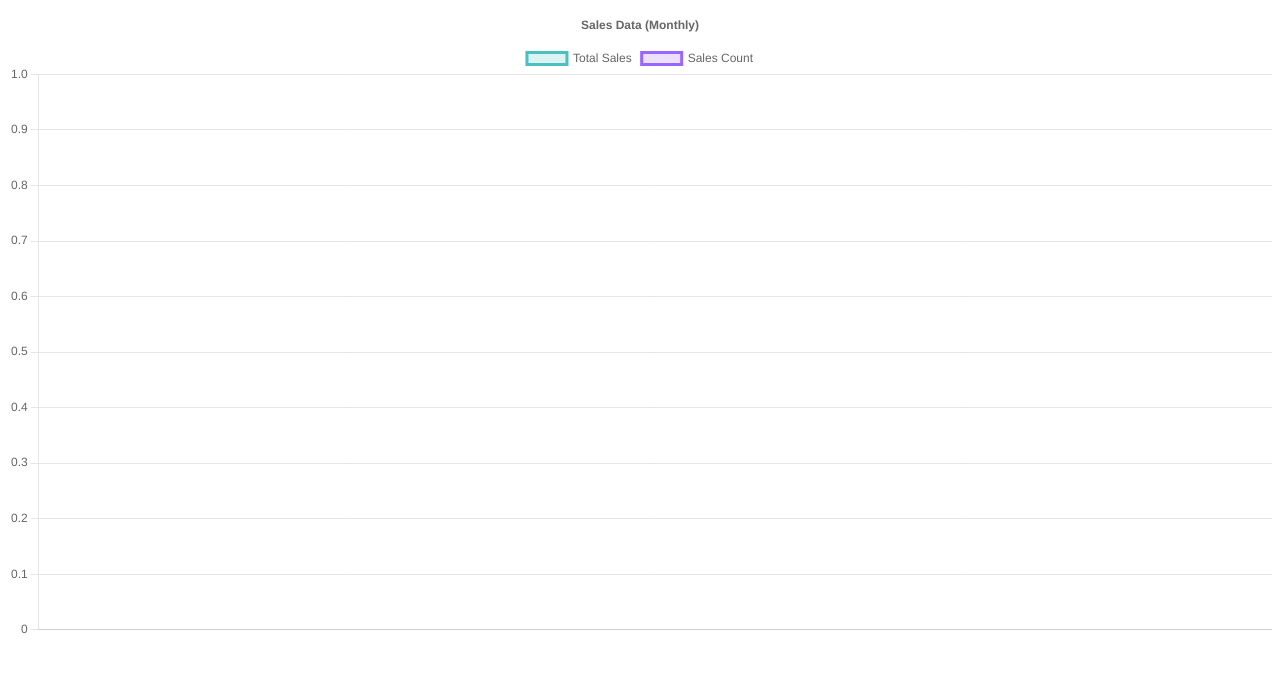
Repository: Qu4ntumGuy/visualize-it
Page: / (app in frontend/)
The author's editor kept a copy of each file at every save. The page is drawn from the files as they stood at one save, then again after the next save.
The browser window is 1280 px wide. The pictures show the whole page.
The page's requests for data from a server got no answer. The project was rebuilt for these pictures with package versions that can differ from the ones it lists, and the page was loaded fresh each time. No one was signed in, and anything a server would have sent is missing.

Above is the page before, as saved 2024-08-19 14:06:20.

### frontend/src/App.js
import axios from "axios";
import TotalSales from "./Components/TotalSales";
import { useEffect, useState } from "react";

function App() {
  const [data, setData] = useState([]);
  const [dataType, setDataType] = useState("monthly");

  const fetchSalesData = async () => {
    try {
      const response = await axios.get(
        "http://localhost:8000/api/monthlyTotalSales"
      );
      // console.log(response.data.data);
      setData(response.data.data);
    } catch (error) {
      console.error(error);
    }
  };

  useEffect(() => {
    fetchSalesData();
  }, []);

  return (
    <div className="h-screen overflow-hidden">
      <div className="flex justify-center h-screen p-2 max-w-7xl mx-auto">
        <TotalSales dataType={dataType} fetchedData={data} />
        <div></div>
      </div>
    </div>
  );
}

export default App;

### frontend/src/Components/TotalSales.js
import React from "react";
import { Line } from "react-chartjs-2";
import {
  Chart as ChartJS,
  CategoryScale,
  LinearScale,
  PointElement,
  LineElement,
  Title,
  Tooltip,
  Legend,
} from "chart.js";

// Register the necessary components with Chart.js
ChartJS.register(
  CategoryScale,
  LinearScale,
  PointElement,
  LineElement,
  Title,
  Tooltip,
  Legend
);

const TotalSales = ({ dataType, fetchedData }) => {
  console.log(dataType, fetchedData);
  const salesData = fetchedData;
  const labels = salesData.map((item) =>
    dataType === "monthly"
      ? `${item._id.month}/${item._id.year}`
      : `${item._id.quarter}/${item._id.year}`
  );

  const data = {
    labels,
    datasets: [
      {
        label: "Total Sales",
        data: salesData.map((item) => item.totalSales),
        borderColor: "rgba(75, 192, 192, 1)",
        backgroundColor: "rgba(75, 192, 192, 0.2)",
        fill: true,
        tension: 0.3,
      },
      {
        label: "Sales Count",
        data: salesData.map((item) => item.count),
        borderColor: "rgba(153, 102, 255, 1)",
        backgroundColor: "rgba(153, 102, 255, 0.2)",
        fill: true,
        tension: 0.3,
      },
    ],
  };

  const options = {
    responsive: true,
    plugins: {
      legend: {
        position: "top",
      },
      title: {
        display: true,
        text: `Sales Data (${
          dataType.charAt(0).toUpperCase() + dataType.slice(1)
        })`,
      },
    },
    scales: {
      y: {
        beginAtZero: true,
      },
    },
  };

  return <Line data={data} options={options} />;
};

export default TotalSales;

Loaded but not shown: frontend/public/index.html (common file); frontend/src/index.js (common file); frontend/src/index.css (common file); frontend/src/reportWebVitals.js (common file); frontend/tailwind.config.js (common file)

After the next save:
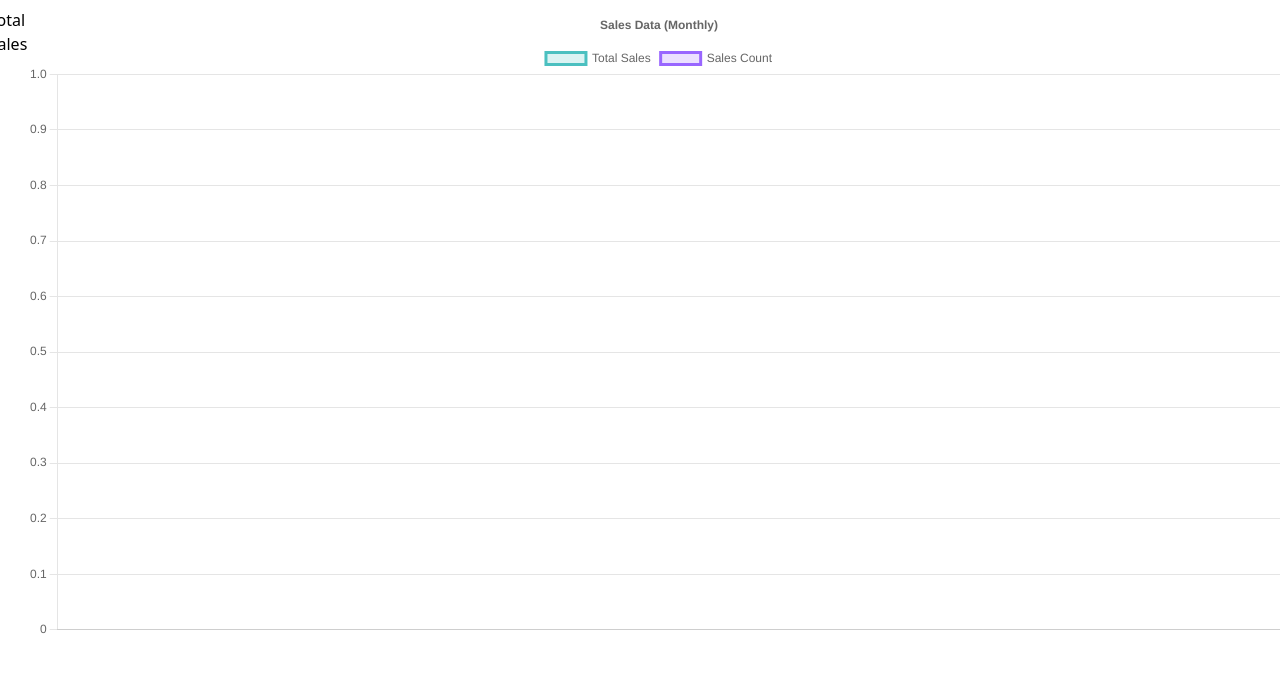
Saved 2 min 9 s later.
--- a/frontend/src/App.js
+++ b/frontend/src/App.js
@@ -25,6 +25,7 @@ function App() {
   return (
     <div className="h-screen overflow-hidden">
       <div className="flex justify-center h-screen p-2 max-w-7xl mx-auto">
+        <div>Total Sales</div>
         <TotalSales dataType={dataType} fetchedData={data} />
         <div></div>
       </div>
